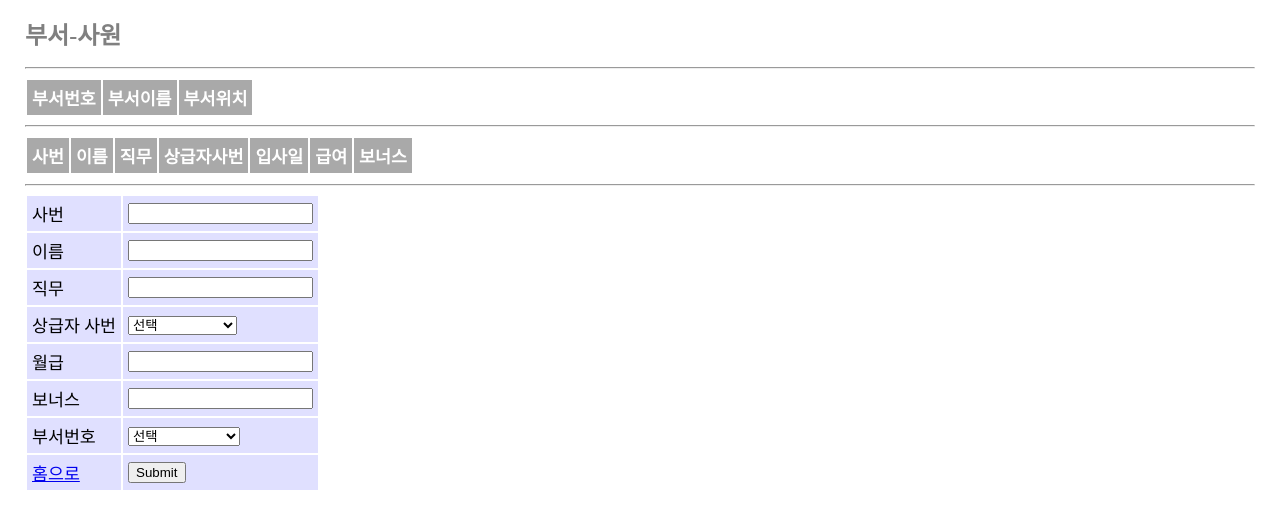
Repository: xlwpdlkim0417/STS4
Page: http://localhost/_sb0322-1/WEB-INF/views/root.jsp
An editor plug-in stored every save of this project. The page is shown before and after the next save, followed by the edit.
The browser window is 1280 px wide. The pictures show the whole page.
The page is served by Tomcat 9. Nobody is signed in. The template is opened directly, without the code that normally fills it, so the values that code supplies are empty.

Above is the page before, as saved 2024-03-22 09:09:15.

After the next save:
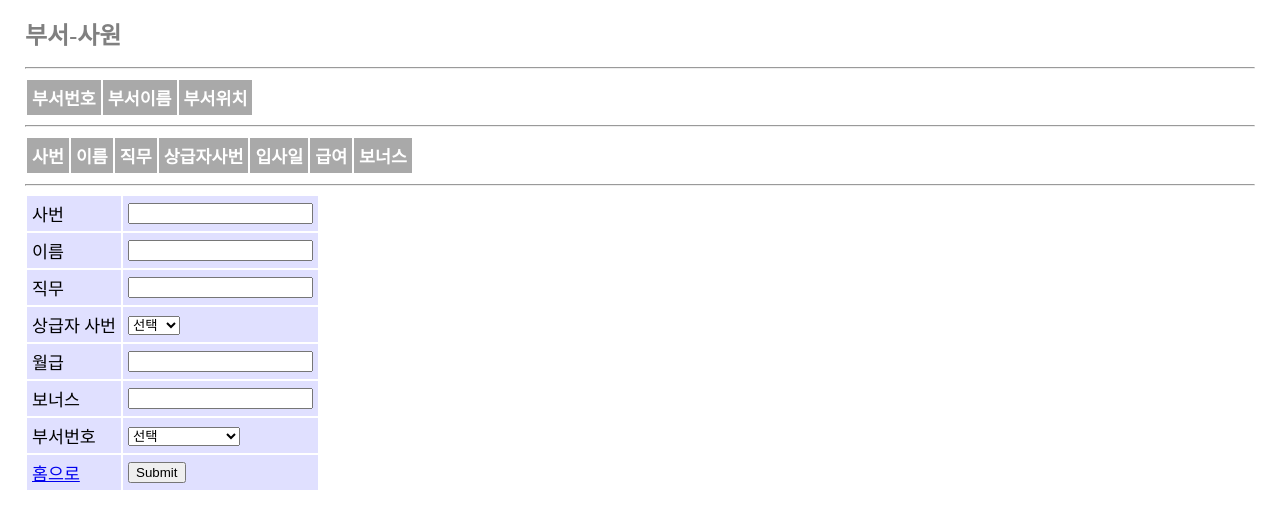
Saved 93 s later.
--- a/_sb0322-1/src/main/webapp/WEB-INF/views/root.jsp
+++ b/_sb0322-1/src/main/webapp/WEB-INF/views/root.jsp
@@ -99,10 +99,12 @@ td {
 				<td><label for="mgr">상급자 사번</label></td>
 				<td><select id="deptlist" name="mgr">
 						<option value="" selected disabled>선택</option>
-						<option value="10">7566</option>
-						<option value="20">7698</option>
-						<option value="30">SALES</option>
-						<option value="40">OPERATIONS</option>
+						<option value="7566">7566</option>
+						<option value="7698">7698</option>
+						<option value="7782">7782</option>
+						<option value="7788">7788</option>
+						<option value="7839">7839</option>
+						<option value="7902">7902</option>
 				</select></td>
 			</tr>
 			<tr>
